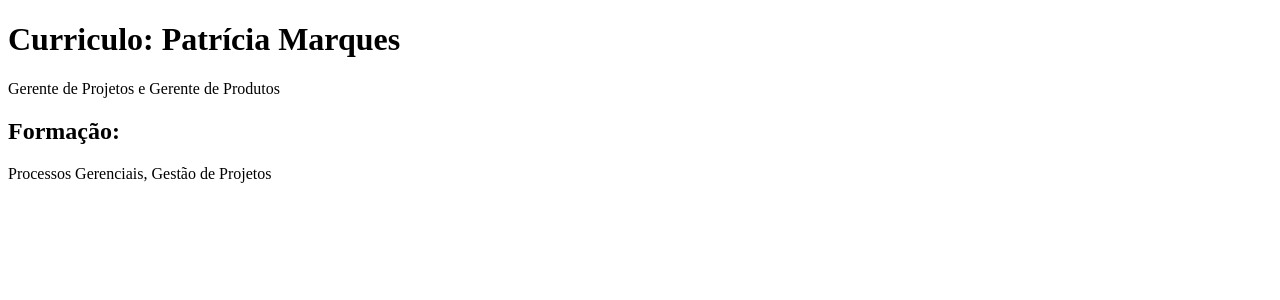
Repository: 27marques/avaliacao
Page: aulasweb/webpack02/src/index.html
These files come from the project's save history. The page is drawn as it stood at one moment and after the next save; the edit follows.
The browser window is 1280 px wide. The pictures show the whole page.

Above is the page before, as saved 2022-08-12 00:40:52.

After the next save:
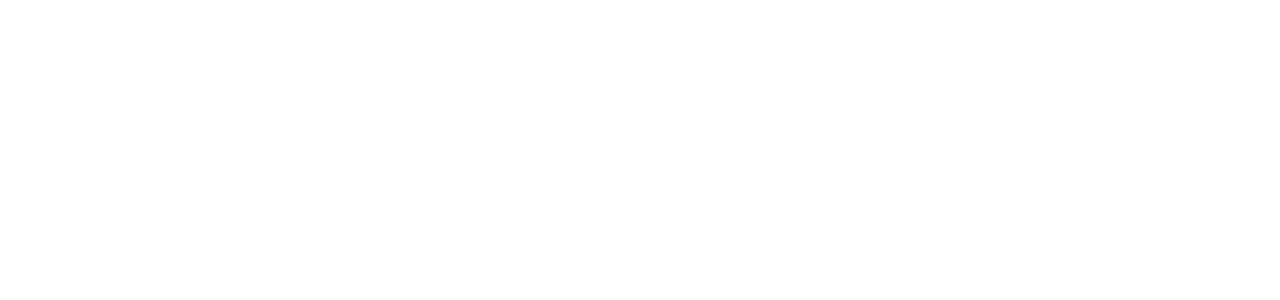
Saved 2 min 42 s later.
--- a/aulasweb/webpack02/src/index.html
+++ b/aulasweb/webpack02/src/index.html
@@ -7,15 +7,6 @@
     <title>Document</title>
 </head>
 <body>
-    <div class="container">
-        <h1>Curriculo: Patrícia Marques</h1>
-        <p>Gerente de Projetos e Gerente de Produtos</p>
-        <h2>Formação:</h2>
-        <p>Processos Gerenciais, Gestão de Projetos</p>
-        <h5></h5>
-    </div>
-
-</body>
-        <app id="app"></app>
+    <app id="app"></app>
 </body>
 </html>

After the save that followed:
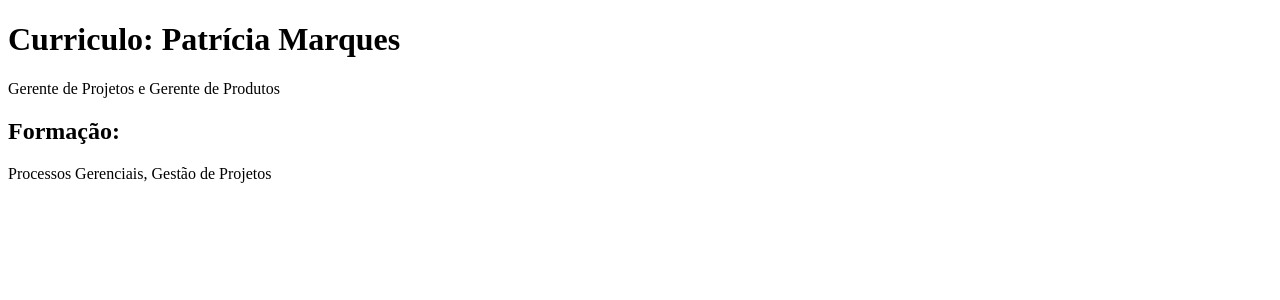
Saved 7 min 14 s later.
--- a/aulasweb/webpack02/src/index.html
+++ b/aulasweb/webpack02/src/index.html
@@ -7,6 +7,15 @@
     <title>Document</title>
 </head>
 <body>
-    <app id="app"></app>
+    <div class="container">
+        <h1>Curriculo: Patrícia Marques</h1>
+        <p>Gerente de Projetos e Gerente de Produtos</p>
+        <h2>Formação:</h2>
+        <p>Processos Gerenciais, Gestão de Projetos</p>
+        <h5></h5>
+    </div>
+
+</body>
+        <app id="app"></app>
 </body>
 </html>
